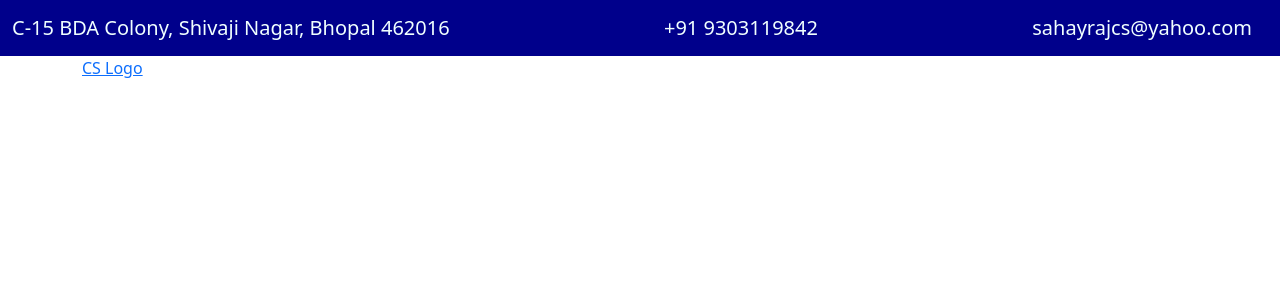
Repository: aayushiss/CS-RSS
Page: services.html
These files come from the project's save history. The page is drawn as it stood at one moment and after the next save; the edit follows.
The browser window is 1280 px wide. The pictures show the whole page.

Above is the page before, as saved 2025-05-15 21:34:49.

After the next save:
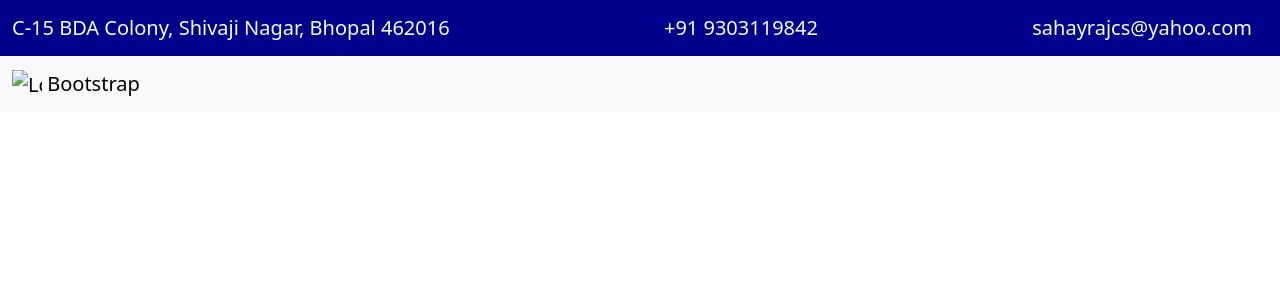
Not found: docs/5.3/assets/brand/bootstrap-logo.svg
Saved 35 s later.
--- a/services.html
+++ b/services.html
@@ -18,9 +18,14 @@
           <a class="navbar-brand" href="mailto:sahayrajcs@yahoo.com">sahayrajcs@yahoo.com</a>
         </div>
     </nav>
-    <div class="container">
-        <a href="cnk">CS Logo</a>
-    </div>
+    <nav class="navbar bg-body-tertiary">
+        <div class="container-fluid">
+          <a class="navbar-brand" href="#">
+            <img src="/docs/5.3/assets/brand/bootstrap-logo.svg" alt="Logo" width="30" height="24" class="d-inline-block align-text-top">
+            Bootstrap
+          </a>
+        </div>
+      </nav>
 
 </body>
 </html>

After the save that followed:
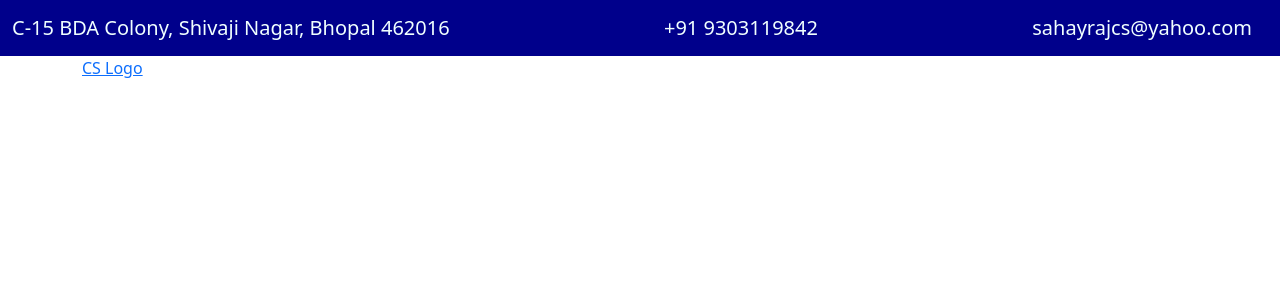
Saved 10 s later.
--- a/services.html
+++ b/services.html
@@ -18,14 +18,9 @@
           <a class="navbar-brand" href="mailto:sahayrajcs@yahoo.com">sahayrajcs@yahoo.com</a>
         </div>
     </nav>
-    <nav class="navbar bg-body-tertiary">
-        <div class="container-fluid">
-          <a class="navbar-brand" href="#">
-            <img src="/docs/5.3/assets/brand/bootstrap-logo.svg" alt="Logo" width="30" height="24" class="d-inline-block align-text-top">
-            Bootstrap
-          </a>
-        </div>
-      </nav>
+    <div class="container">
+        <a href="cnk">CS Logo</a>
+    </div>
 
 </body>
 </html>
